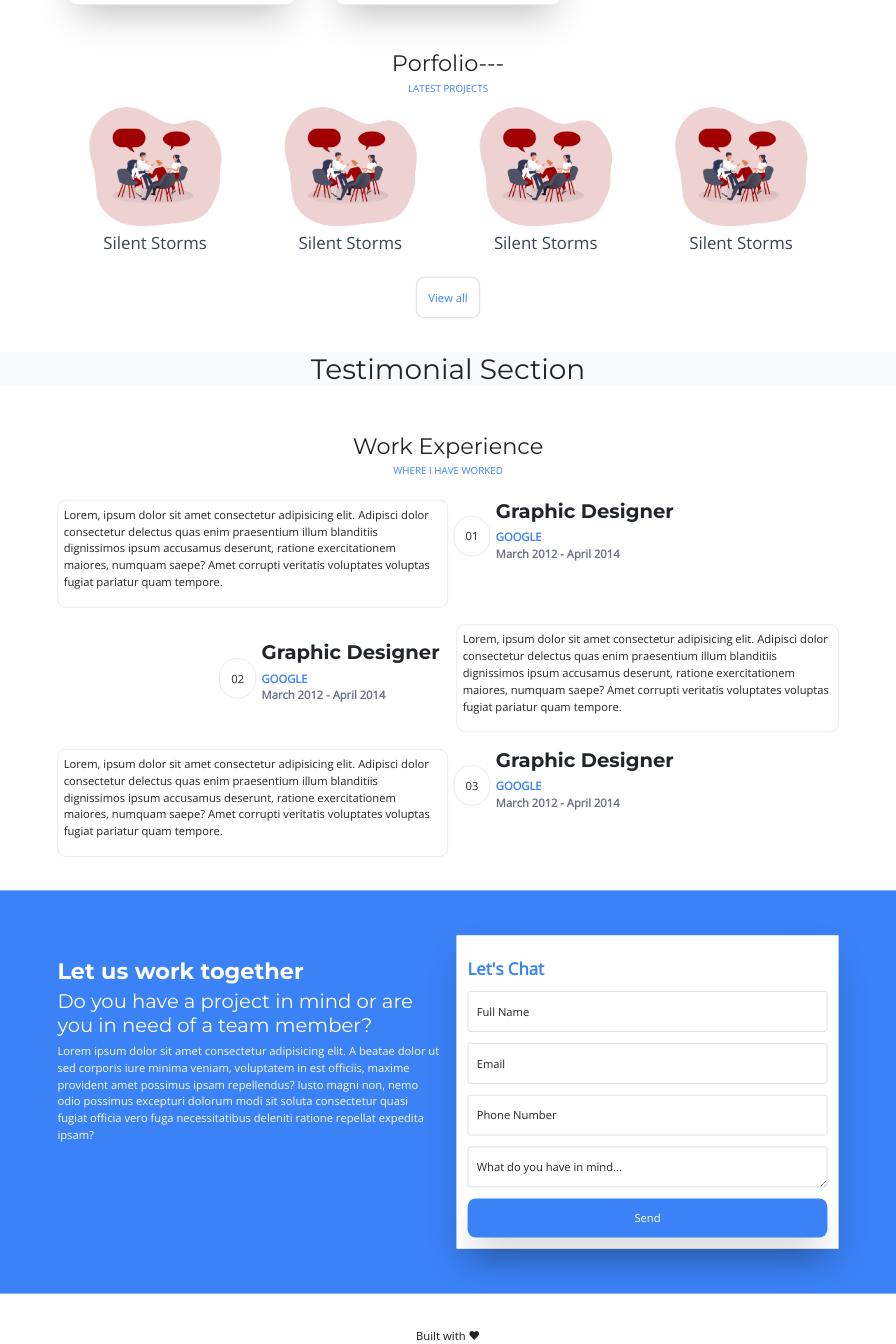
Repository: latenightsnacc/giggles
Page: HTML/freelancer.html
These files come from the project's save history. The page is drawn as it stood at one moment and after the next save; the edit follows.
The browser window is 1280 px wide. The pictures show the part of the page from y = 1640 to 3560 px (the page is 3560 px tall), at 70% of full size.
Some web libraries are served in a nearby version.

Above is the page before, as saved 2021-01-03 19:20:17.

### HTML/freelancer.html
<!DOCTYPE html>
<html lang="en">
<head>
    <meta charset="UTF-8">
    <meta name="viewport" content="width=device-width, initial-scale=1.0">
    <link href="https://cdnjs.cloudflare.com/ajax/libs/tailwindcss/2.0.2/tailwind.min.css" rel="stylesheet">
    <link rel="stylesheet" href="https://stackpath.bootstrapcdn.com/font-awesome/4.7.0/css/font-awesome.min.css" />
    <link href="https://cdn.jsdelivr.net/npm/bootstrap@5.0.0-beta1/dist/css/bootstrap.min.css" rel="stylesheet" integrity="sha384-giJF6kkoqNQ00vy+HMDP7azOuL0xtbfIcaT9wjKHr8RbDVddVHyTfAAsrekwKmP1" crossorigin="anonymous">
    <link rel="stylesheet" href="stylesheet.css">
    <title>Freelancer Page</title>
</head>
<body class="overflow-x-hidden">
    <header class="container">
        <nav class="navbar navbar-expand-lg navbar-light bg-white">
            <div class="container-fluid">
              <a class="navbar-brand" href="#">Navbar</a>
              <button class="navbar-toggler" type="button" data-bs-toggle="collapse" data-bs-target="#navbarNavDropdown" aria-controls="navbarNavDropdown" aria-expanded="false" aria-label="Toggle navigation">
                <span class="navbar-toggler-icon"></span>
              </button>
              <div class="collapse navbar-collapse" id="navbarNavDropdown">
                <ul class="navbar-nav ml-auto">
                  <li class="nav-item">
                    <a class="nav-link active" aria-current="page" href="#">About</a>
                  </li>
                  <li class="nav-item">
                    <a class="nav-link" href="#">Services</a>
                  </li>
                  <li class="nav-item">
                    <a class="nav-link" href="#">My Work</a>
                  </li>
                  <li class="nav-item">
                    <a class="nav-link" href="#">Contact</a>
                  </li>
                  <!-- <li class="nav-item dropdown">
                    <a class="nav-link dropdown-toggle" href="#" id="navbarDropdownMenuLink" role="button" data-bs-toggle="dropdown" aria-expanded="false">
                      Dropdown link
                    </a>
                    <ul class="dropdown-menu" aria-labelledby="navbarDropdownMenuLink">
                      <li><a class="dropdown-item" href="#">Action</a></li>
                      <li><a class="dropdown-item" href="#">Another action</a></li>
                      <li><a class="dropdown-item" href="#">Something else here</a></li>
                    </ul>
                  </li> -->
                </ul>
              </div>
            </div>
        </nav>
    </header>
    <main>
        <!--User Banner-->
        <div class="container mt-5">
            <div class="row flex items-center h-auto">
                <div class="col-sm-12 col-md-4 col-lg-4 col-xl-4">
                    <img src="assets/userDp.jpg" alt="Profile Picture">
                </div>
                <div class="col-sm-12 col-md-8 col-lg-8 col-xl-8">
                    <div class="user-info">
                        <span class="semi-bold text-blue-500 py-10">Hello I'm</span>
                        <h1>Timothy Michael</h1>
                        <h2>Professional Wedding Photographer</h2>
                        <p>Lorem ipsum dolor, sit amet consectetur adipisicing elit. Deserunt, et! Itaque consequuntur ratione quisquam quis, similique cum magni rem ipsam.</p>
                        <div class="mt-2">
                            <a href="#" class="text-xl text-gray-500 no-underline hover:text-blue-700">
                                <i class="fa fa-facebook-f"></i>
                            </a>
                            <a href="#" class="text-xl ml-5 text-gray-500 no-underline hover:text-blue-700">
                                <i class="fa fa-instagram"></i>
                            </a>
                            <a href="#" class="text-xl ml-5 text-gray-500 no-underline hover:text-blue-700">
                                <i class="fa fa-twitter"></i>
                            </a>
                            <a href="#" class="text-xl ml-5 text-gray-500 no-underline hover:text-blue-700">
                                <i class="fa fa-linkedin"></i>
                            </a>
                        </div>
                        <div class="flex flex-row ">
                            <button class="bg-blue-500 hover:bg-blue-700 text-white p-3 semi-bold rounded-xl shadow-2xl my-3">Hire me</button>
                            <button class="bg-blue-500 hover:bg-blue-700 text-white p-3 semi-bold rounded-xl shadow-2xl my-3 mx-3">Collaborate</button>
                        </div>

                    </div>
                </div>
            </div>
        </div>
        <!--User Statisitics-->
        <div class="stats w-full bg-gray-50 flex items-center h-auto py-3 mt-5">
            <div class="container">
                <div class="row">
                    <div class="stat-box col text-center">
                        <div class="bold text-4xl text-black">0</div>
                        <p class="text-sm text-gray-400">Projects completed</p>

                    </div>
                    <div class="stat-box col text-center">
                        <div class="bold text-4xl text-black">0</div>
                        <p class="text-sm text-gray-400">Years of Experience</p>
                    </div>
                    <div class="stat-box col text-center">
                        <div class="bold text-4xl text-black">0</div>
                        <p class="text-sm text-gray-400">Happy Clients</p>
                    </div>
                    <div class="stat-box col text-center">
                        <div class="bold text-4xl text-black">0</div>
                        <p class="text-sm text-gray-400">Collaborations</p>
                    </div>
                </div>
            </div>
        </div>
        <!--About User-->
        <div class="container my-5">
            <div class="row h-auto flex flex-row items-center">
                <div class="col-sm-12 col-md-6 col-lg-4 col-xl-4 pt-5">
                    <h3 class="text-4xl">About Timothy</h3>
                    <p class="text-sm text-blue-700 uppercase semi-bold">Why should you hire me?</p>
                </div>
                <div class="col-sm-12 col-md-6 col-lg-8 col-xl-8 pt-3">
                    <p>Lorem ipsum dolor sit amet consectetur, adipisicing elit. Deleniti amet fugit consectetur perferendis fuga ad numquam mollitia facere obcaecati quam inventore ullam officiis esse rerum soluta laboriosam temporibus, illum aspernatur possimus corrupti quos deserunt, praesentium dolorum officia. Ea aliquam error ut voluptatum omnis velit, at ipsa dolorum harum? Temporibus, natus.</p>
                    <span class="bold text-blue-500">Skills on a Scale of 1 - 10</span>
                    <div class="d-flex flex-wrap">
                        <div class="skill-box shadow-xl max-w-sm w-24 p-2 ml-3 mt-3 border border-gray-100 rounded-xl flex flex-col items-center justify-center text-center">

                            <span class="text-blue-700 bold text-4xl">6</span>
                            <div class="text-sm text-gray-400">HTML</div>
                        </div>
                        <div class="skill-box shadow-xl max-w-sm w-24 p-2 ml-3 mt-3 border border-gray-100 rounded-xl flex flex-col items-center justify-center text-center">

                            <span class="text-blue-700 bold text-4xl">6</span>
                            <div class="text-sm text-gray-400">CSS</div>
                        </div>
                        <div class="skill-box shadow-xl max-w-sm w-24 p-2 ml-3 mt-3 border border-gray-100 rounded-xl flex flex-col items-center justify-center text-center">

                            <span class="text-blue-700 bold text-4xl">6</span>
                            <div class="text-sm text-gray-400">UI/UX</div>
                        </div>
                        <div class="skill-box shadow-xl max-w-sm w-24 p-2 ml-3 mt-3 border border-gray-100 rounded-xl flex flex-col items-center justify-center text-center">

                            <span class="text-blue-700 bold text-4xl">6</span>
                            <div class="text-sm text-gray-400">Photography</div>
                        </div>
                        <div class="skill-box shadow-xl max-w-sm w-24 p-2 ml-3 mt-3 border border-gray-100 rounded-xl flex flex-col items-center justify-center text-center">

                            <span class="text-blue-700 bold text-4xl">6</span>
                            <div class="text-sm text-gray-400">Branding</div>
                        </div>
                        <div class="skill-box shadow-xl max-w-sm w-24 p-2 ml-3 mt-3 border border-gray-100 rounded-xl flex flex-col items-center justify-center text-center">

                            <span class="text-blue-700 bold text-4xl">6</span>
                            <div class="text-sm text-gray-400">Mobile App Development</div>
                        </div>
                    </div>
                </div>
            </div>
        </div>
        <!--Services User Provides-->
        <div class="container my-5">
            <h2 class="text-center">Services</h2>
            <p class="text-blue-500 text-sm uppercase text-center uppercase">What I can do for you</p>
            <div class="row">
                <div class="col-xs-12 col-sm-12 col-md-3 col-lg-3 col-xl-4">
                    <div class="max-w-sm shadow-2xl border border-blue-300 rounded-xl p-3 m-3 hover:bg-blue-500 hover:text-white">
                        <div class="service-title text-2xl bold  pb-2">Graphic Design</div>
                        <p class="text-md text-gray-400 hover:text-gray-50">Lorem ipsum dolor sit aconsect dipisicing elit, sed do eiusmod to incididunt uabore etdolore magna aliqua.</p>
                    </div>
                </div>
                <div class="col-xs-12 col-sm-12 col-md-3 col-lg-3 col-xl-4">
                    <div class="max-w-sm shadow-2xl border border-blue-300 rounded-xl p-3 m-3 hover:bg-blue-500 hover:text-white">
                        <div class="service-title text-2xl bold  pb-2">Graphic Design</div>
                        <p class="text-md text-gray-400 hover:text-gray-50">Lorem ipsum dolor sit aconsect dipisicing elit, sed do eiusmod to incididunt uabore etdolore magna aliqua.</p>
                    </div>
                </div>
                <div class="col-xs-12 col-sm-12 col-md-3 col-lg-3 col-xl-4">
                    <div class="max-w-sm shadow-2xl border border-blue-300 rounded-xl p-3 m-3 hover:bg-blue-500 hover:text-white">
                        <div class="service-title text-2xl bold  pb-2">Graphic Design</div>
                        <p class="text-md text-gray-400 hover:text-gray-50">Lorem ipsum dolor sit aconsect dipisicing elit, sed do eiusmod to incididunt uabore etdolore magna aliqua.</p>
                    </div>
                </div>
                <div class="col-xs-12 col-sm-12 col-md-3 col-lg-3 col-xl-4">
                    <div class="max-w-sm shadow-2xl border border-blue-300 rounded-xl p-3 m-3 hover:bg-blue-500 hover:text-white">
                        <div class="service-title text-2xl bold  pb-2">Graphic Design</div>
                        <p class="text-md text-gray-400 hover:text-gray-50">Lorem ipsum dolor sit aconsect dipisicing elit, sed do eiusmod to incididunt uabore etdolore magna aliqua.</p>
                    </div>
                </div>
                <div class="col-xs-12 col-sm-12 col-md-3 col-lg-3 col-xl-4">
                    <div class="max-w-sm shadow-2xl border border-blue-300 rounded-xl p-3 m-3 hover:bg-blue-500 hover:text-white">
                        <div class="service-title text-2xl bold  pb-2">Graphic Design</div>
                        <p class="text-md text-gray-400 hover:text-gray-50">Lorem ipsum dolor sit aconsect dipisicing elit, sed do eiusmod to incididunt uabore etdolore magna aliqua.</p>
                    </div>
                </div>
            </div>

        </div>
        <!--Gallery / User Porfolio-->
        <div class="container my-5">
            <h2 class="text-center">Porfolio---</h2>
            <p class="text-blue-500 text-sm uppercase  uppercase text-center">Latest Projects</p>

            <div class="row mx-auto">
                <div class="col-xs-12 col-sm-12 col-md-6 col-lg-3 col-xl-3">
                    <a href="#" class="no-underline text-center flex flex-col items-center">
                        <img src="assets/brainstorming_session__monochromatic.jpg" alt="latest project" />
                        <div class="title-project text-gray-700 bold text-2xl  hover:underline hover:text-blue-500 py-2">Silent Storms</div>
                    </a>
                </div>
                <div class="col-xs-12 col-sm-12 col-md-6 col-lg-3 col-xl-3">
                    <a href="#" class="no-underline text-center flex flex-col items-center">
                        <img src="assets/brainstorming_session__monochromatic.jpg" alt="latest project" />
                        <div class="title-project text-gray-700 bold text-2xl  hover:underline hover:text-blue-500 py-2">Silent Storms</div>
                    </a>
                </div>
                <div class="col-xs-12 col-sm-12 col-md-6 col-lg-3 col-xl-3">
                    <a href="#" class="no-underline text-center flex flex-col items-center">
                        <img src="assets/brainstorming_session__monochromatic.jpg" alt="latest project" />
                        <div class="title-project text-gray-700 bold text-2xl  hover:underline hover:text-blue-500 py-2">Silent Storms</div>
                    </a>
                </div>
                <div class="col-xs-12 col-sm-12 col-md-6 col-lg-3 col-xl-3">
                    <a href="#" class="no-underline text-center flex flex-col items-center">
                        <img src="assets/brainstorming_session__monochromatic.jpg" alt="latest project" />
                        <div class="title-project text-gray-700 bold text-2xl  hover:underline hover:text-blue-500 py-2">Silent Storms</div>
                    </a>
                </div>

            </div>
            <div class="flex justify-center my-4">
                <button class="text-center bg-white border-2 text-blue-500  p-3 semi-bold rounded-xl hover:border-blue-500">View all</button>
            </div>

        </div>
        <!--Testimonial Section-->
        <div class="bg-gray-50">
            <div class="container my-5">
                <h1 class="text-center">Testimonial Section</h1>
            </div>
        </div>

        <!--Work Experience-->
        <div class="container my-5 work-experience">
            <div class="section-title py-3">
                <h2 class="text-center my-1">Work Experience</h2>
                <p class="text-blue-500 text-sm uppercase text-center uppercase mb-3">Where I have worked</p>
            </div>

            <!--Row 1-->
            <div class="flex flex-col md:flex-row md:flex-row-reverse">
                <div class="col-xs-12 col-sm-12 col-md-6 col-lg-6 col-xl-6">
                    <div class="flex flex-row items-center float-left md:ml-2">
                        <span class="no border border-blue-500 rounded-full p-3">01</span>
                        <div class="details ml-2">
                            <h3 class="job-title font-bold">Graphic Designer</h3>
                            <span class="company uppercase font-semibold text-blue-500 my-2">Google</span>
                            <p class="experience text-gray-500 font-semibold text-md">March 2012 - April 2014</p>
                        </div>
                    </div>
                </div>
                <div class="col-xs-12 col-sm-12 col-md-6 col-lg-6 col-xl-6">
                    <div class="text p-2 border border-blue-500 rounded-xl text ">
                        <p>Lorem, ipsum dolor sit amet consectetur adipisicing elit. Adipisci dolor consectetur delectus quas enim praesentium illum blanditiis dignissimos ipsum accusamus deserunt, ratione exercitationem maiores, numquam saepe? Amet corrupti veritatis voluptates voluptas fugiat pariatur quam tempore.</p>
                    </div>

                </div>

            </div>
            <!--Row 2-->
            <div class="row my-4 align-items-center">
                <div class="col-xs-12 col-sm-12 col-md-6 col-lg-6 col-xl-6">
                    <div class="flex flex-row items-center float-left md:float-right">
                        <span class="no border border-blue-500 rounded-full p-3">02</span>
                        <div class="details ml-2">
                            <h3 class="job-title font-bold">Graphic Designer</h3>
                            <span class="company uppercase font-semibold text-blue-500 my-2">Google</span>
                            <p class="experience text-gray-500 font-semibold text-md">March 2012 - April 2014</p>
                        </div>
                    </div>
                </div>
                <div class="col-xs-12 col-sm-12 col-md-6 col-lg-6 col-xl-6">

                    <div class="text p-2 border border-blue-500 rounded-xl text ">
                        <p>Lorem, ipsum dolor sit amet consectetur adipisicing elit. Adipisci dolor consectetur delectus quas enim praesentium illum blanditiis dignissimos ipsum accusamus deserunt, ratione exercitationem maiores, numquam saepe? Amet corrupti veritatis voluptates voluptas fugiat pariatur quam tempore.</p>
                    </div>
                </div>
            </div>
            <!--Row 3-->
            <div class="my-4 flex flex-col md:flex-row md:flex-row-reverse">
                <div class="col-xs-12 col-sm-12 col-md-6 col-lg-6 col-xl-6">
                    <div class="flex flex-row items-center float-left md:ml-2">
                        <span class="no border border-blue-500 rounded-full p-3">03</span>
                        <div class="details ml-2">
                            <h3 class="job-title font-bold">Graphic Designer</h3>
                            <span class="company uppercase font-semibold text-blue-500 my-2">Google</span>
                            <p class="experience text-gray-500 font-semibold text-md">March 2012 - April 2014</p>
                        </div>
                    </div>
                </div>
                <div class="col-xs-12 col-sm-12 col-md-6 col-lg-6 col-xl-6">
                    <div class="text p-2 border border-blue-500 rounded-xl text ">
                        <p>Lorem, ipsum dolor sit amet consectetur adipisicing elit. Adipisci dolor consectetur delectus quas enim praesentium illum blanditiis dignissimos ipsum accusamus deserunt, ratione exercitationem maiores, numquam saepe? Amet corrupti veritatis voluptates voluptas fugiat pariatur quam tempore.</p>
                    </div>

                </div>

            </div>
        </div>

        <!--Contact User-->
        <div class="bg-blue-500">
            <div class="container my-5">
                <div class="row py-5">
                    <div class="col-xs-12 col-sm-12 col-md-6 col-lg-6 col-xl-6">
                        <div class="section-title text-white pt-5">
                            <h2 class="font-bold">Let us work together</h2>
                            <h3 class="text-md">Do you have a project in mind or are you in need of a team member?</h3>

                        </div>
                        <div class="content text-gray-50">
                            <p>Lorem ipsum dolor sit amet consectetur adipisicing elit. A beatae dolor ut sed corporis iure minima veniam, voluptatem in est officiis, maxime provident amet possimus ipsam repellendus? Iusto magni non, nemo odio possimus excepturi dolorum modi sit soluta consectetur quasi fugiat officia vero fuga necessitatibus deleniti ratione repellat expedita ipsam?</p>
                        </div>
                    </div>
                    <div class="col-xs-12 col-sm-12 col-md-6 col-lg-6 col-xl-6 py-3">
                        <form class="bg-white shadow-2xl p-3" action="#" method="POST">
                            <div class="form-title py-3 text-2xl font-bold text-blue-500">Let's Chat</div>
                            <div class="form-floating mb-3">
                                <input type="text" class="form-control" id="floatingName" placeholder="Jane Doe">
                                <label for="floatingName">Full Name</label>
                            </div>
                            <div class="form-floating mb-3">
                                <input type="email" class="form-control" id="floatingEmail" placeholder="janedoe@abc.com">
                                <label for="floatingEmail">Email</label>
                            </div>
                            <div class="form-floating mb-3">
                                <input type="text" class="form-control focus:outline-none" id="floatingPhone" placeholder="0803451789">
                                <label for="floatingPhone">Phone Number</label>
                            </div>
                            <div class="form-floating mb-3">
                                <textarea  class="form-control"  id="floatingTextBox" placeholder="Talk to me" rows="10" cols="10"></textarea>
                                <label for="floatingPassword">What do you have in mind...</label>
                            </div>
                            <div>
                                <button type="submit" class="bg-blue-500 hover:bg-blue-700 text-white p-3 semi-bold rounded-xl shadow-2xl w-100">Send</button>
                            </div>
                        </form>
                    </div>
                </div>
            </div>
        </div>

    </main>
    <footer class="text-center">Built with &hearts; </footer>
    <script src="https://cdn.jsdelivr.net/npm/bootstrap@5.0.0-beta1/dist/js/bootstrap.bundle.min.js" integrity="sha384-ygbV9kiqUc6oa4msXn9868pTtWMgiQaeYH7/t7LECLbyPA2x65Kgf80OJFdroafW" crossorigin="anonymous"></script>

</body>
</html>

### HTML/stylesheet.css
@import url('https://fonts.googleapis.com/css2?family=Montserrat:wght@400;700&family=Open+Sans:wght@300;400&display=swap');

h1, h2, h3, h4, h5, h6 {
    font-family: 'Montserrat', sans-serif;
}
.user-info h1 {
    line-height: 60px;
    font-size: 50px;
    font-weight: 700;
    margin-top: 20px;
}
.user-info h2 {
    line-height: 27px;
    font-size: 18px;
    font-weight: 400;
    margin-top: 15px;
}
.user-info span {
    line-height: 36px;
    font-size: 30px;
    font-weight: 600;
}
.user-info p {
    margin: 5px 0;
}
.user-info button {
    margin-top: 10px;
}
p, div, a, button {
    font-family: 'Open Sans', sans-serif;
    font-weight: 300;
}

.work-experience .row:hover .text {
    border:2px solid  #3b82f6;

}
.work-experience .row:hover .flex .no {
    border:1px solid #3b82f6;

}

After the next save:
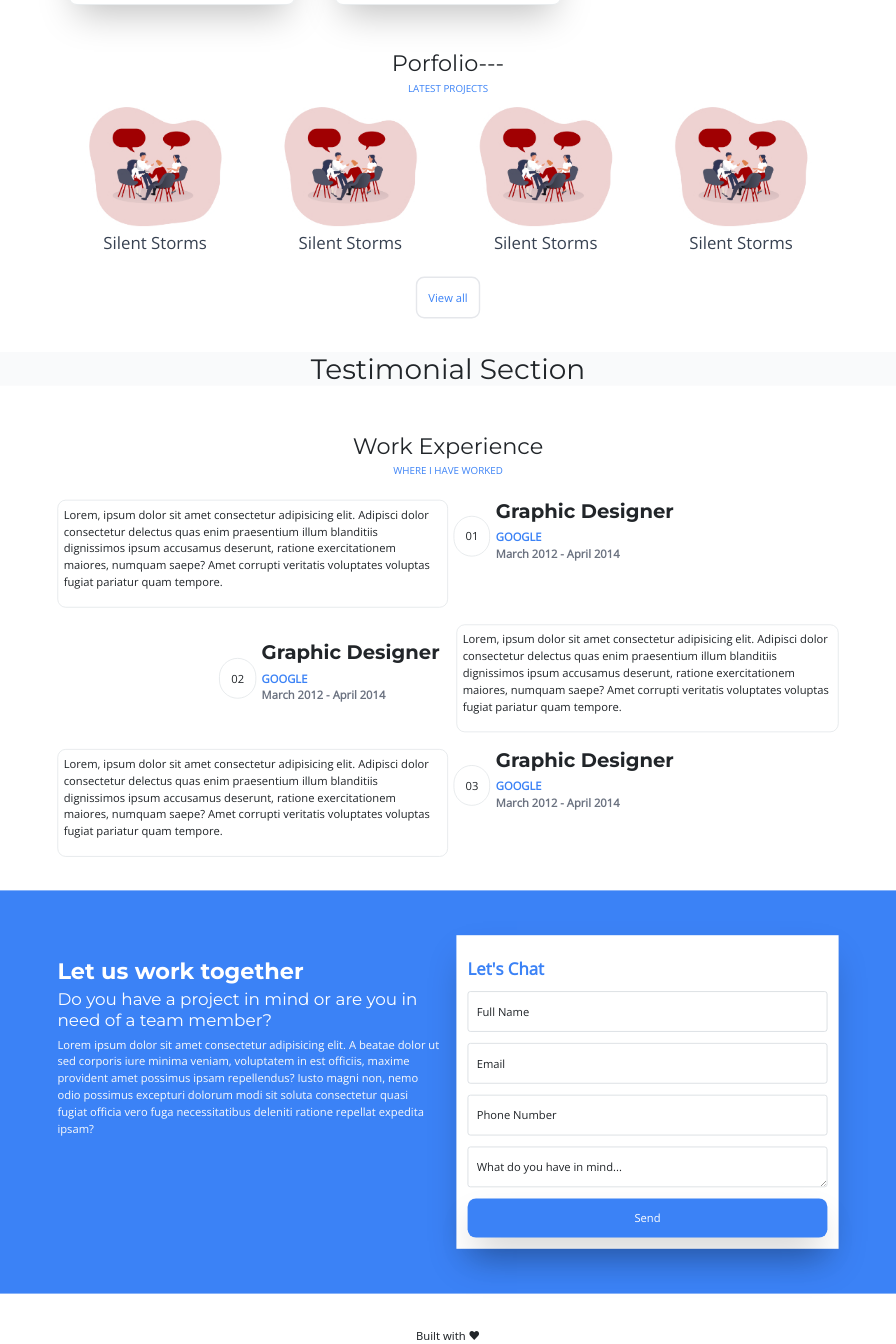
Saved 11 s later.
--- a/HTML/freelancer.html
+++ b/HTML/freelancer.html
@@ -308,7 +308,7 @@
                     <div class="col-xs-12 col-sm-12 col-md-6 col-lg-6 col-xl-6">
                         <div class="section-title text-white pt-5">
                             <h2 class="font-bold">Let us work together</h2>
-                            <h3 class="text-md">Do you have a project in mind or are you in need of a team member?</h3>
+                            <h4 class="text-md">Do you have a project in mind or are you in need of a team member?</h4>
 
                         </div>
                         <div class="content text-gray-50">
